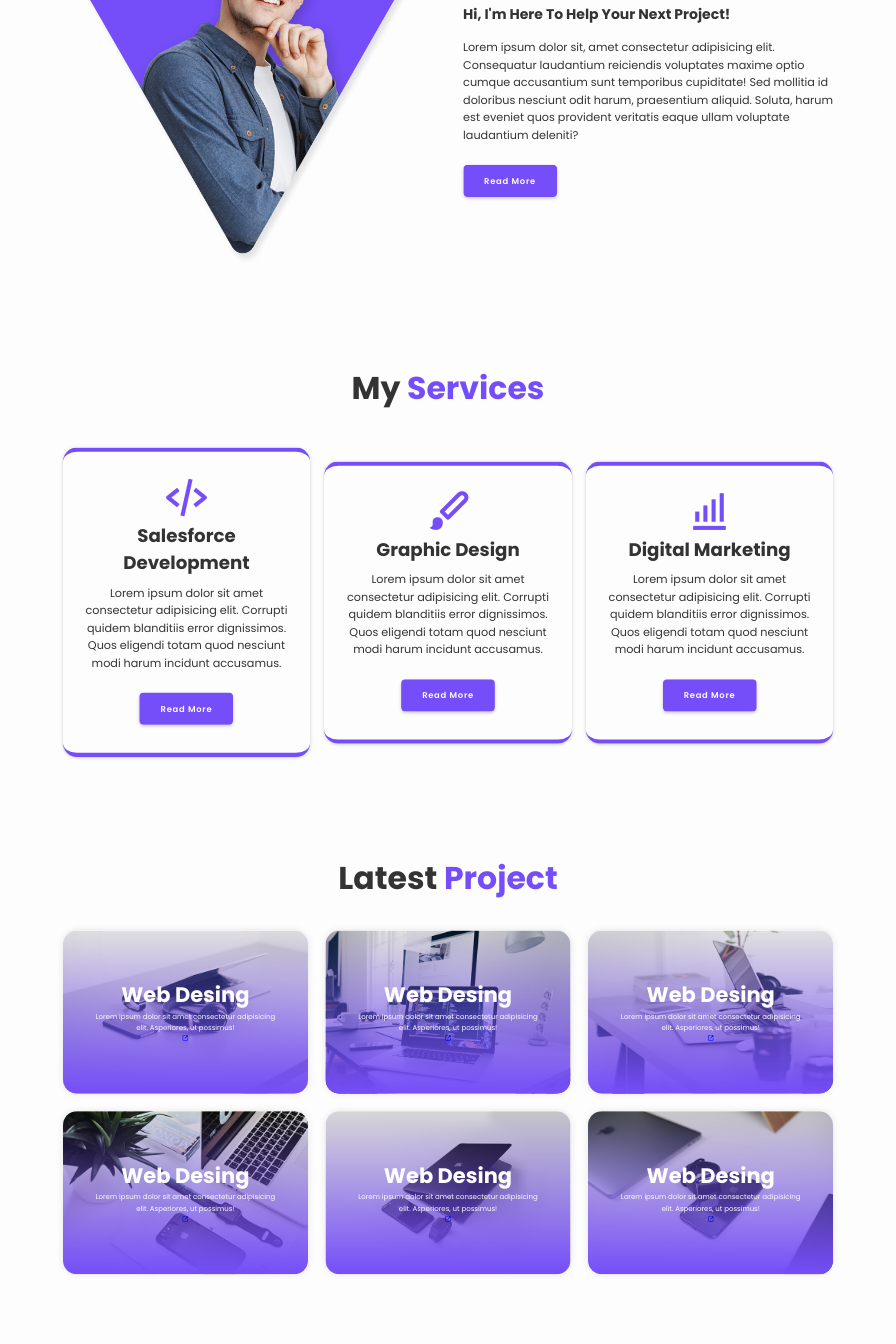
Repository: Gabi-Augusto/Portfolio
Page: index.html
The author's editor kept a copy of each file at every save. The page is drawn from the files as they stood at one save, then again after the next save.
The browser window is 1280 px wide. The pictures show the part of the page from y = 989 to 2909 px (the page is 2909 px tall), at 70% of full size.

Above is the page before, as saved 2023-11-29 19:17:17.

After the next save:
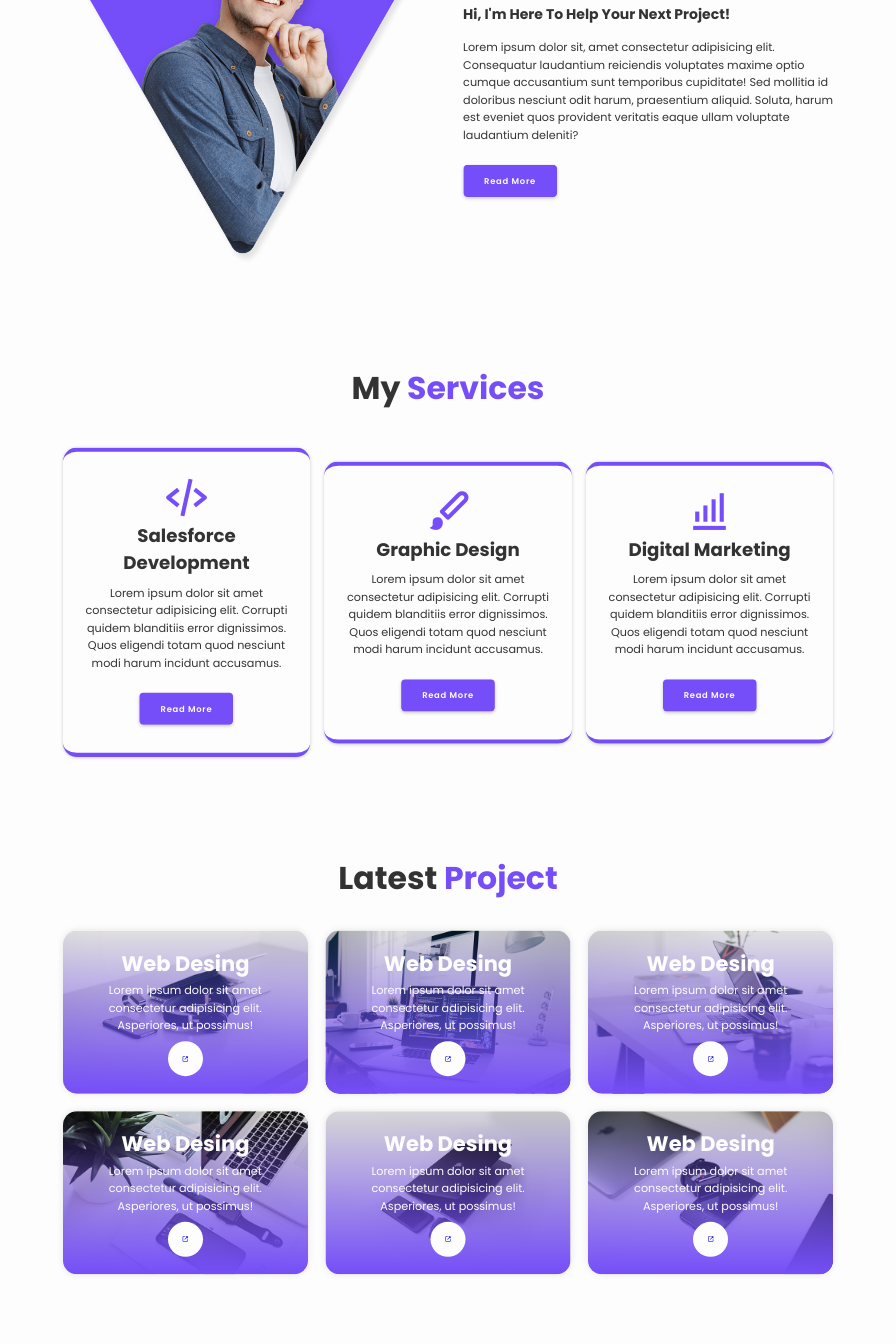
Saved 5 min 3 s later.
--- a/css/style.css
+++ b/css/style.css
@@ -384,3 +384,18 @@ span {
 .portfolio-layer h4 {
     font-size: 3rem;
 }
+
+.portfolio-layer p {
+    font-size: 1.6rem;
+    margin: .3rem 0 1rem;
+}
+
+.portfolio-layer a {
+    display: inline-flex;
+    justify-content: center;
+    align-items: center;
+    width: 5rem;
+    height: 5rem;
+    background: var(--white-color);
+    border-radius: 50%;
+}
